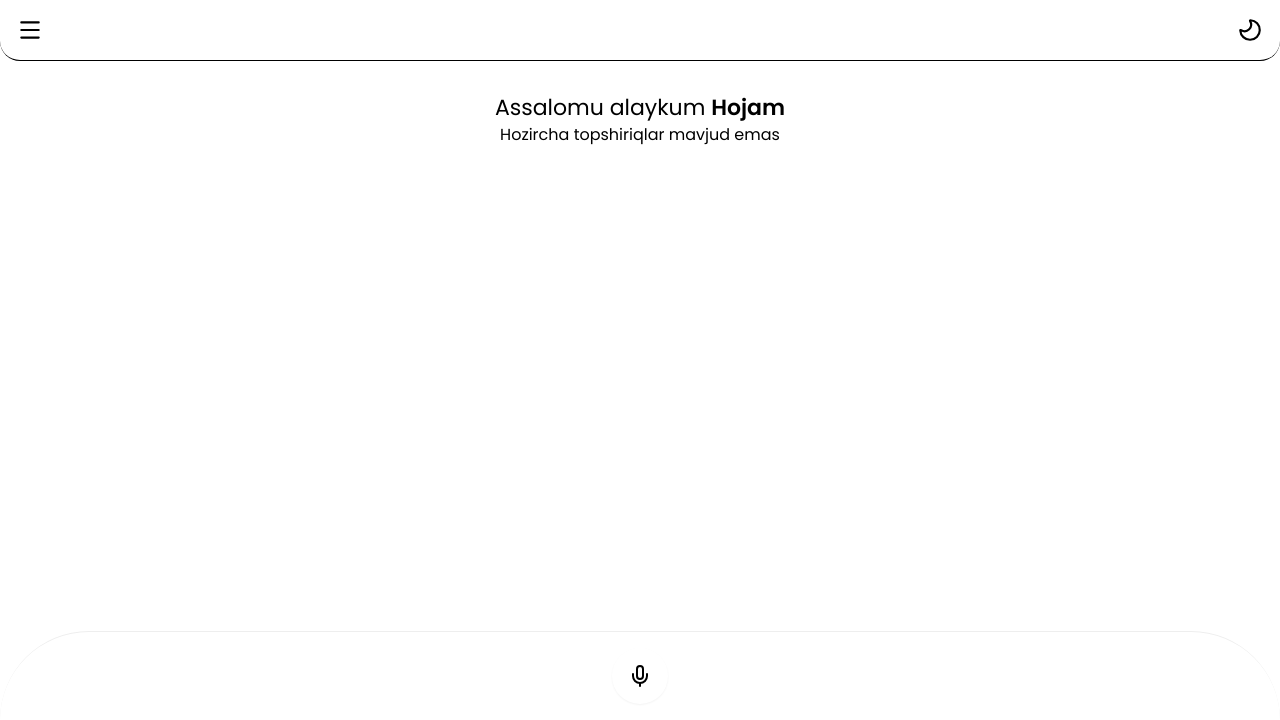
Repository: zaynobiddinovofficel-debug/KotibaAI
Page: / (app in web/)
An editor plug-in stored every save of this project. The page is shown before and after a run of saves, followed by the edit.
The browser window is 1280 px wide. The pictures show the whole page.
Some web fonts or font styles are not loaded; a fallback is used. The project was rebuilt for these pictures with package versions that can differ from the ones it lists, and the page was loaded fresh each time. Also part of the build but not shown: web/vite.config.js.

Above is the page before, as saved 2026-03-25 21:25:10.

After the next 3 saves:
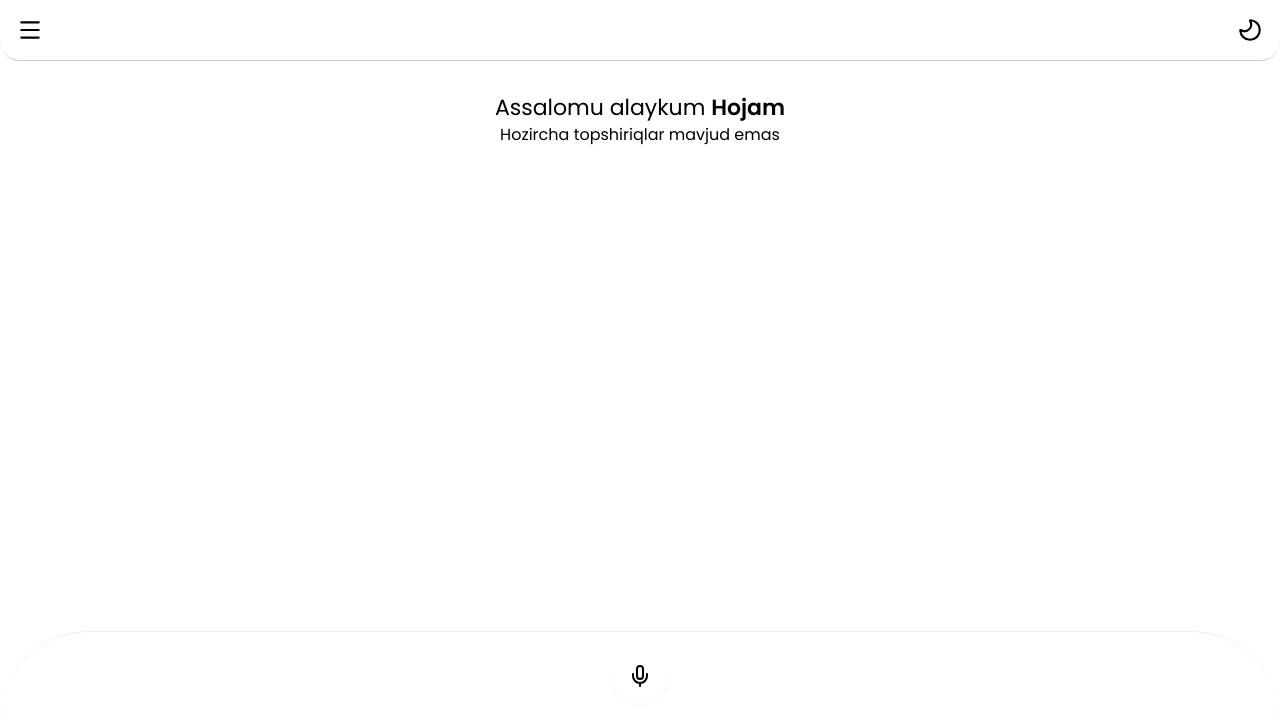
The 3 saves are shown as one change because they came seconds apart.
The last was saved 9 s later.
--- a/web/src/App.jsx
+++ b/web/src/App.jsx
@@ -339,7 +339,7 @@ export default function App() {
 
   return (
     <div className="min-h-screen w-full flex flex-col items-center">
-    <div className="px-3 py-3 max-w-[1280px] w-full border-b border-b-[#000] flex justify-between rounded-bl-[20px] rounded-br-[20px]">
+    <div className="px-3 py-3 max-w-[1280px] w-full border-b border-b-[#0003] flex justify-between rounded-bl-[20px] rounded-br-[20px]">
       <Button className={`w-[36px]`} variant={'ghost'}>
         <MenuIcon className="size-6.5" />
       </Button>
